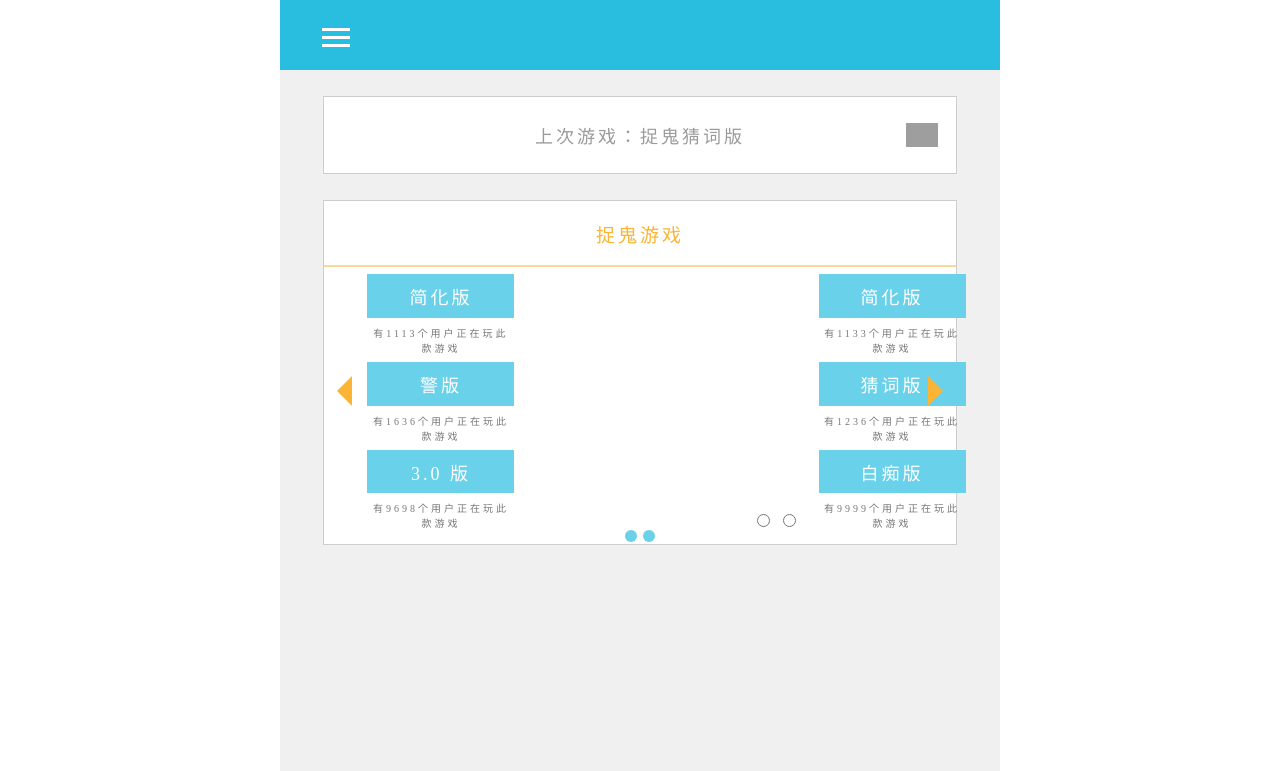
Repository: leozhangpd/My-Codes
Page: JS/two-project/home_page.html
An editor plug-in stored every save of this project. The page is shown before and after the next save, followed by the edit.
The browser window is 1280 px wide. The pictures show the whole page.
Pictures or frames that could not be fetched are drawn as grey boxes.

Above is the page before, as saved 2020-11-06 15:58:44.

After the next save:
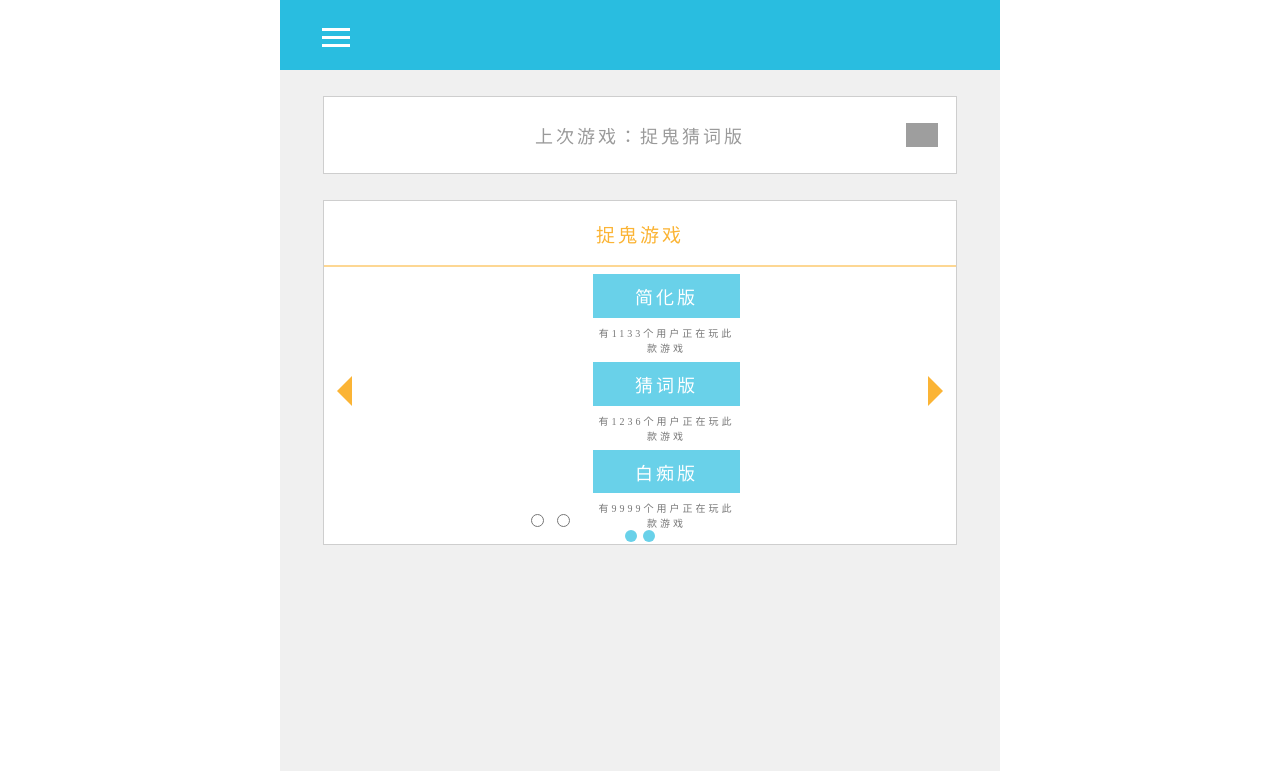
Saved 3 min 46 s later.
--- a/JS/two-project/home_page.html
+++ b/JS/two-project/home_page.html
@@ -32,14 +32,14 @@
                 <li><a href="#">白痴版</a></li>
                 <li>有9999个用户正在玩此款游戏</li>
             </ul>
-            <ul class="list" id="out-2">
+            <!-- <ul class="list" id="out-2">
                 <li><a href="#" id="in-2">简化版</a></li>
                 <li>有1113个用户正在玩此款游戏</li>
                 <li><a href="#">警版</a></li>
                 <li>有1636个用户正在玩此款游戏</li>
                 <li><a href="#">3.0 版</a></li>
                 <li>有9698个用户正在玩此款游戏</li>
-            </ul>
+            </ul> -->
             <div class="page">
                 <label for="change-1"></label>
                 <label for="change-2"></label>

After the save that followed:
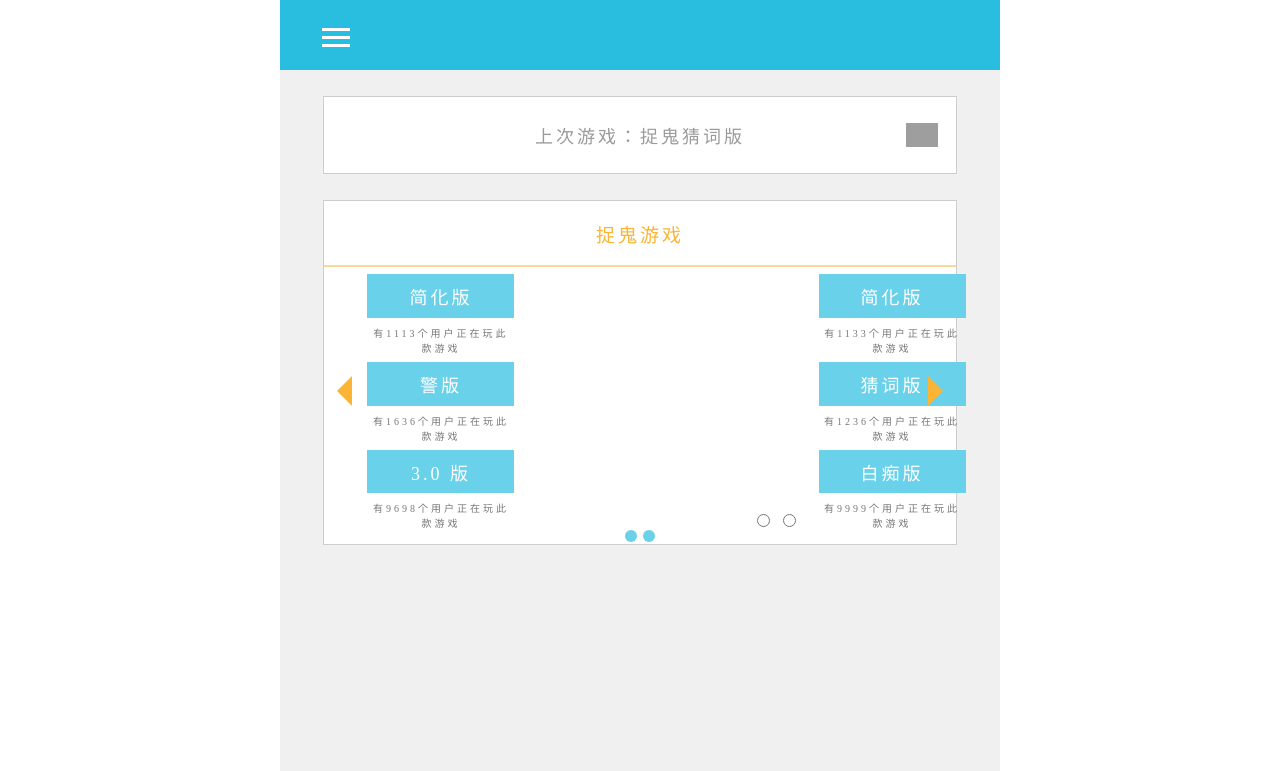
Saved 2 min 42 s later.
--- a/JS/two-project/home_page.html
+++ b/JS/two-project/home_page.html
@@ -32,14 +32,14 @@
                 <li><a href="#">白痴版</a></li>
                 <li>有9999个用户正在玩此款游戏</li>
             </ul>
-            <!-- <ul class="list" id="out-2">
+            <ul class="list" id="out-2">
                 <li><a href="#" id="in-2">简化版</a></li>
                 <li>有1113个用户正在玩此款游戏</li>
                 <li><a href="#">警版</a></li>
                 <li>有1636个用户正在玩此款游戏</li>
                 <li><a href="#">3.0 版</a></li>
                 <li>有9698个用户正在玩此款游戏</li>
-            </ul> -->
+            </ul>
             <div class="page">
                 <label for="change-1"></label>
                 <label for="change-2"></label>
